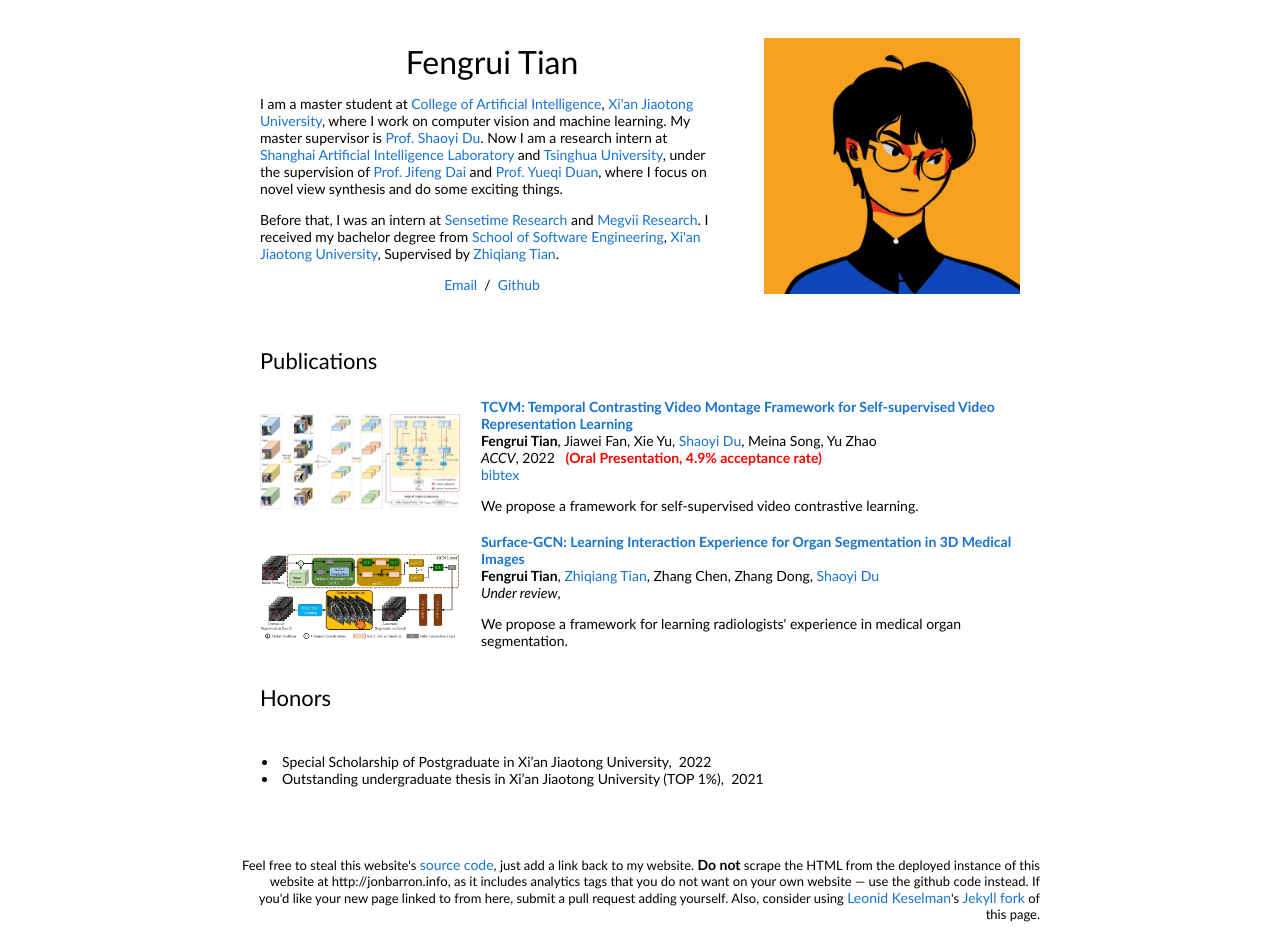
Repository: tianfr/tianfr.github.io
Page: index.html
The author's editor kept a copy of each file at every save. The page is drawn from the files as they stood at one save, then again after the next save.
The browser window is 1280 px wide. The pictures show the whole page.

Above is the page before, as saved 2022-11-20 15:41:49.

After the next save:
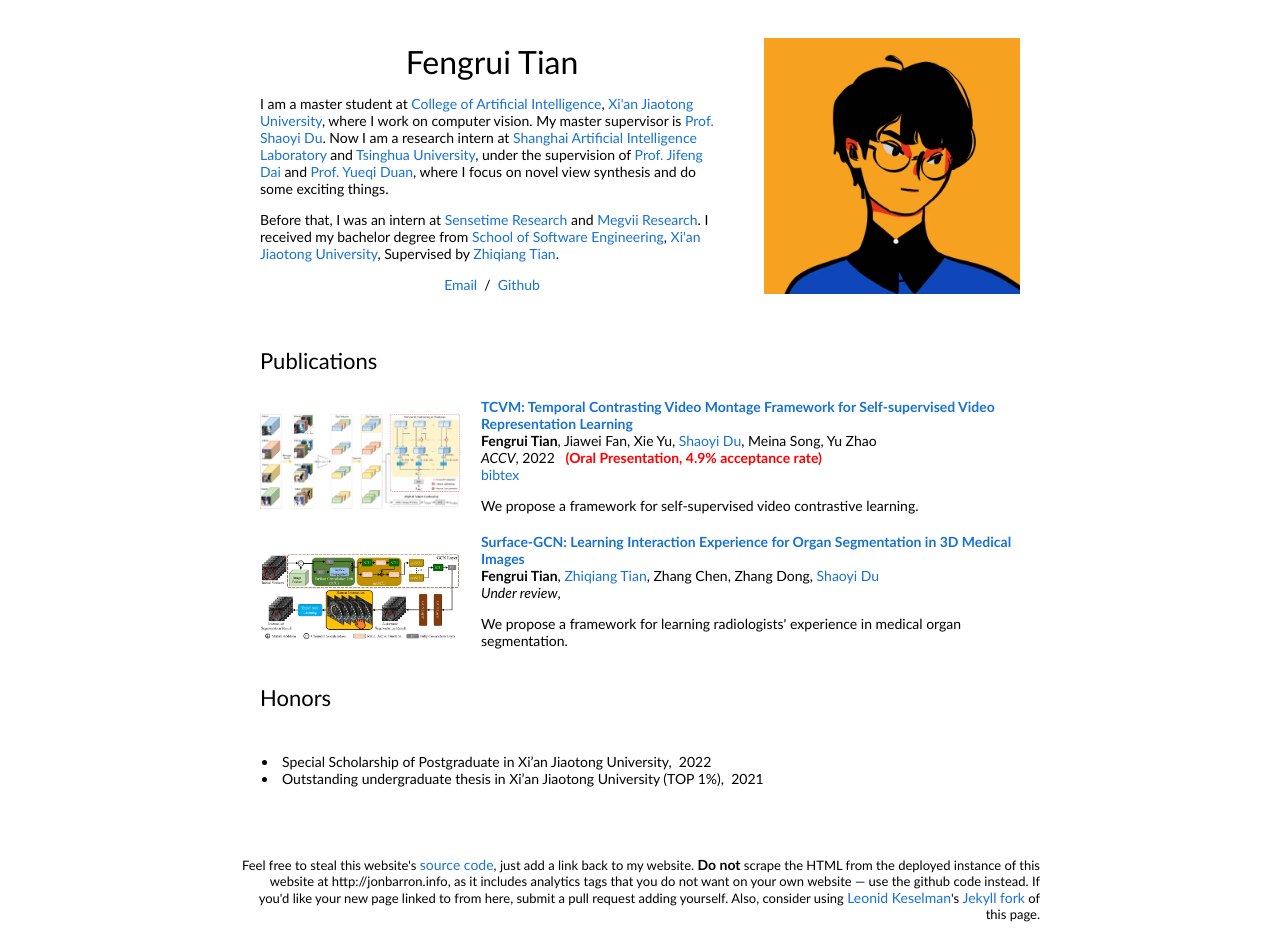
Saved 46 s later.
--- a/index.html
+++ b/index.html
@@ -20,7 +20,7 @@
               <p style="text-align:center">
                 <name>Fengrui Tian</name>
               </p>
-              <p>I am a master student at <a href="http://iair.xjtu.edu.cn/">College of Artificial Intelligence</a>, <a href="http://www.xjtu.edu.cn/">Xi'an Jiaotong University</a>, where I work on computer vision and machine learning. My master supervisor is <a href="https://gr.xjtu.edu.cn/en/web/dushaoyi/home">Prof. Shaoyi Du</a>. Now I am a research intern at <a href="https://www.shlab.org.cn/">Shanghai Artificial Intelligence Laboratory</a> and <a href="https://www.tsinghua.edu.cn/">Tsinghua University</a>, under the supervision of <a href="https://jifengdai.org/">Prof. Jifeng Dai</a> and  <a href="https://duanyueqi.github.io/">Prof. Yueqi Duan</a>, where I focus on novel view synthesis and do some exciting things.
+              <p>I am a master student at <a href="http://iair.xjtu.edu.cn/">College of Artificial Intelligence</a>, <a href="http://www.xjtu.edu.cn/">Xi'an Jiaotong University</a>, where I work on computer vision. My master supervisor is <a href="https://gr.xjtu.edu.cn/en/web/dushaoyi/home">Prof. Shaoyi Du</a>. Now I am a research intern at <a href="https://www.shlab.org.cn/">Shanghai Artificial Intelligence Laboratory</a> and <a href="https://www.tsinghua.edu.cn/">Tsinghua University</a>, under the supervision of <a href="https://jifengdai.org/">Prof. Jifeng Dai</a> and  <a href="https://duanyueqi.github.io/">Prof. Yueqi Duan</a>, where I focus on novel view synthesis and do some exciting things.
               </p>
               <p> Before that, I was an intern at <a href="https://www.sensetime.com/">Sensetime Research</a> and
                 <a href="https://www.megvii.com/">Megvii Research</a>. I received my bachelor degree from  <a href="https://blog.google/products/google-ar-vr/introducing-next-generation-jump/">School of Software Engineering</a>, <a href="http://www.xjtu.edu.cn/">Xi'an Jiaotong University</a>, Supervised by <a href="https://gr.xjtu.edu.cn/en/web/zhiqiangtian/home">Zhiqiang Tian</a>.
